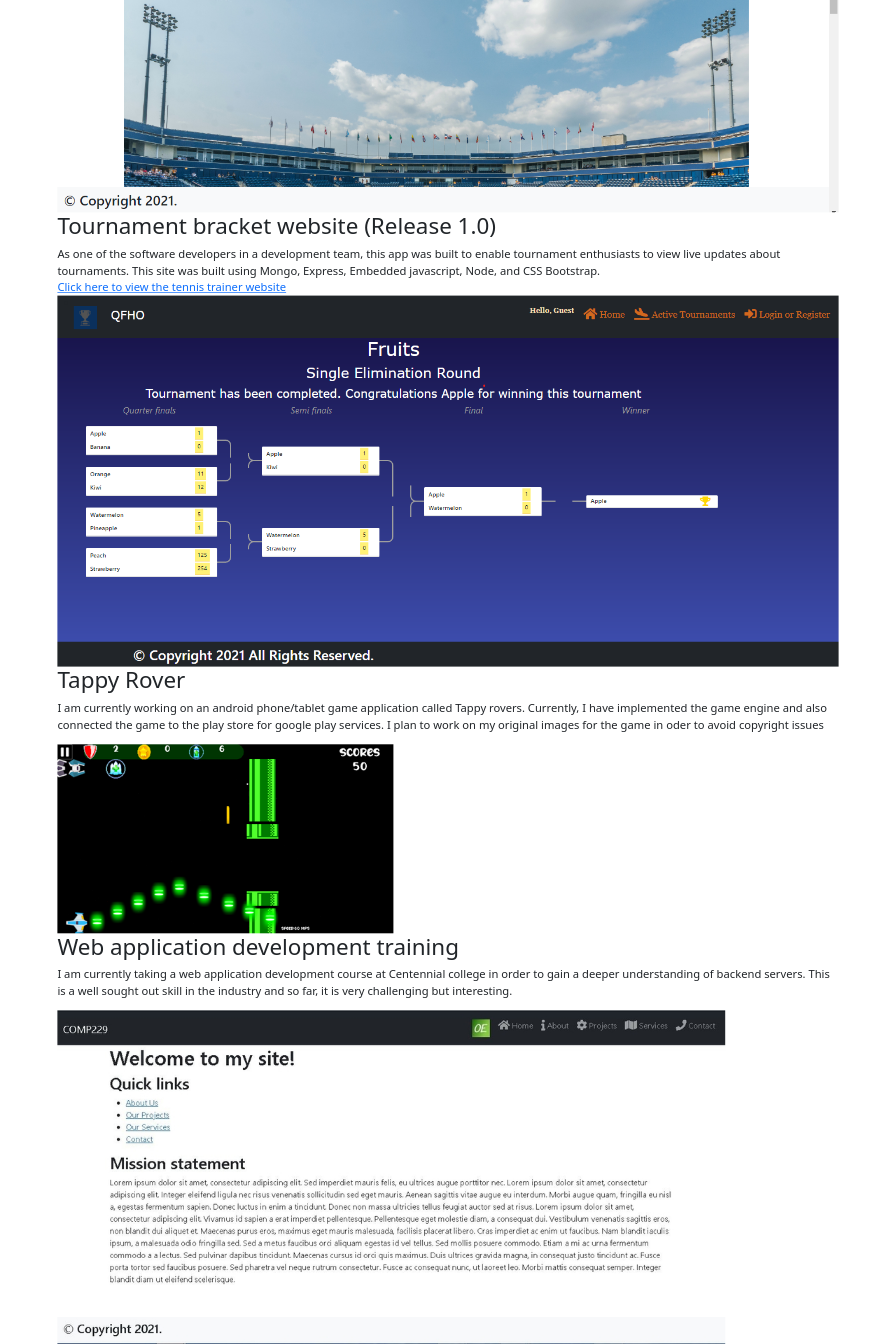
Repository: ofovweewere/Career-Portfolio
Page: http://localhost/projects
An editor plug-in stored every save of this project. The page is shown before and after the next save, followed by the edit.
The browser window is 1280 px wide. The pictures show the part of the page from y = 1106 to 3026 px (the page is 3026 px tall before and 2439 px after), at 70% of full size.
The page is served by the project's Node server (index.js). Other server files are loaded and not shown.

Above is the page before, as saved 2022-04-14 02:35:46.

### Server/Views/index.ejs
<!--File name: index.ejs,
  Student's name: Ofovwe Ewere
  Student's id: 301188196
  Date: June 4, 2021
-->
<!DOCTYPE html>
<html lang="en">
<head>
  <meta charset="UTF-8">
  <meta http-equiv="X-UA-Compatible" content="IE=edge">
  <meta name="viewport" content="width=device-width, initial-scale=1.0">
  <title><%= title %></title>
  <!--CSS Section -->
  <link rel="stylesheet" href="/bootstrap/dist/css/bootstrap.min.css">
  <link rel="stylesheet" href="/@fortawesome/fontawesome-free/css/all.min.css">
  <link rel="stylesheet" href="/Content/app.css">
</head>
<body>
  <!--Navigation Section-->
  <header>
    <%- include('./components/header.ejs') %>
  </header>

  <!--Main content-->
  <main>
    <%- include('./content/' +page +'.ejs') %>
  </main>

  <!--Bottom Nav-->
  <footer>
    <%- include('./components/footer.ejs') %>
  </footer>

  <!--Javascript Section-->
  <script src="/jquery/dist/jquery.min.js"></script>
  <script src="/bootstrap/dist/js/bootstrap.min.js"></script>
  <script src="/Scripts/app.js"></script>
</body>
</html>

### Server/Views/components/header.ejs
<!--File name: header.ejs,
  Student's name: Ofovwe Ewere
  Student's id: 301188196
  Date: June 4, 2021
-->
<nav class="navbar navbar-expand-lg navbar-dark bg-dark">
    <div class="container-fluid">
      <a class="navbar-brand" href="#">COMP229</a>
      <button class="navbar-toggler" type="button" data-bs-toggle="collapse" data-bs-target="#navbarSupportedContent" aria-controls="navbarSupportedContent" aria-expanded="false" aria-label="Toggle navigation">
        <span class="navbar-toggler-icon"></span>
      </button>
      <div class="collapse navbar-collapse" id="navbarSupportedContent">
        <ul class="navbar-nav ms-auto mb-2 mb-lg-0">
          <li class="nav-item">
            <a class="nav-link"  href="#"><img src="Assets/images/logo.png"></a>
          </li>

          <li class="nav-item">
            <a class="nav-link" href="/home"><i class="fas fa-home fa-lg"></i> Home</a>
          </li>

          <li class="nav-item">
            <a class="nav-link" href="/about"><i class="fas fa-info fa-lg"></i> About</a>
          </li>

          <li class="nav-item">
            <a class="nav-link" href="/projects"><i class="fas fa-cog fa-lg"></i> Projects</a>
          </li>

          <li class="nav-item">
            <a class="nav-link" href="/services"><i class="fas fa-map fa-lg"></i> Services</a>
          </li>

          <li class="nav-item">
            <a class="nav-link" href="/contact"><i class="fas fa-phone fa-lg"></i> Contact</a>
          </li>


        </ul>

      </div>
    </div>
  </nav>

### Server/Views/content/projects.ejs
<!--File name: projects.ejs,
  Student's name: Ofovwe Ewere
  Student's id: 301188196
  Date: June 4, 2021
-->
<div class="container">
    <h1>My Projects</h1>
    <h2>Demo chat app (MEAN APPLICATION)</h2>
    <p  style="margin-bottom:0">As a personal project, I implemented this demo chat application using Mongo, Express, Angular, Node, Sockets,Typescript, CSS Bootstrap and Redis.
    </p>
    <a href="" style="margin-top:0">Click here to view the demo chat app</a>
    <div><img img src="Assets/images/chatApp.png" style="width:100%;"></div>

    <h2>Lawn tennis trainer app (Release 1.0)</h2>
    <p  style="margin-bottom:0">As one of the software developers in a development team, this app was built to enable tennis trainer seekers to find tennis trainers.
      The team has only completed Release 1, and hope to add more features to the website. This website was built with Nodejs, Express, Mongo, Embedded javascript, CSS Bootstrap, and Ajax
    </p>
    <a href="" style="margin-top:0">Click here to view the tennis trainer website</a>
    <div><img img src="Assets/images/tennisTrainer.png" style="width:100%;"></div>

     <h2>Tournament bracket website (Release 1.0)</h2>
    <p  style="margin-bottom:0">As one of the software developers in a development team, this app was built to enable tournament enthusiasts to view
      live updates about tournaments. This site was built using Mongo, Express, Embedded javascript, Node, and CSS Bootstrap.
    </p>
    <a href="" style="margin-top:0">Click here to view the tennis trainer website</a>
    <div><img img src="Assets/images/tournamentBracket.png" style="width:100%;"></div>

    <h2>Tappy Rover</h2>
    <p>I am currently working on an android phone/tablet game application called Tappy rovers. Currently, I have implemented the game engine and also connected the game to the play store for google play services. I plan to work on my original images for the game in oder to avoid copyright issues</p>
    <div><img img src="Assets/images/tappyrover.png"></div>



    <h2>Web application development training</h2>
    <p>I am currently taking a web application development course at Centennial college in order to gain a deeper understanding of backend servers. This is a well sought out skill in the industry and so far, it is very challenging but interesting. </p>
    <div><img img src="Assets/images/webapp.jpg"></div>
  </div>

### Server/Views/components/footer.ejs
<!--File name: footer.ejs,
  Student's name: Ofovwe Ewere
  Student's id: 301188196
  Date: June 4, 2021
-->
  <nav class="navbar fixed-bottom navbar-light bg-light">
    <div class="container-fluid">
      <h4>&copy; Copyright 2021.</h4>
    </div>
  </nav>

### index.js
#!/usr/bin/env node

/**
 * Module dependencies.
 *  File name: index.js,
    Student's name: Ofovwe Ewere
    Student's id: 301188196
    Date: June 4, 2021

 */
"use strict";
var __importDefault = (this && this.__importDefault) || function (mod) {
    return (mod && mod.__esModule) ? mod : { "default": mod };
};
Object.defineProperty(exports, "__esModule", { value: true });
const app_1 = __importDefault(require("./Server/Config/app"));
const debug_1 = __importDefault(require("debug"));
debug_1.default('week4:server');
const http_1 = __importDefault(require("http"));
let port = normalizePort(process.env.PORT || '3000');
app_1.default.set('port', port);
let server = http_1.default.createServer(app_1.default);
server.listen(port);
server.on('error', onError);
server.on('listening', onListening);
function normalizePort(val) {
    let port = parseInt(val, 10);
    if (isNaN(port)) {
        return val;
    }
    if (port >= 0) {
        return port;
    }
    return false;
}
function onError(error) {
    if (error.syscall !== 'listen') {
        throw error;
    }
    var bind = typeof port === 'string'
        ? 'Pipe ' + port
        : 'Port ' + port;
    switch (error.code) {
        case 'EACCES':
            console.error(bind + ' requires elevated privileges');
            process.exit(1);
            break;
        case 'EADDRINUSE':
            console.error(bind + ' is already in use');
            process.exit(1);
            break;
        default:
            throw error;
    }
}
function onListening() {
    let addr = server.address();
    let bind = typeof addr === 'string'
        ? 'pipe ' + addr
        : 'port ' + addr.port;
    debug_1.default('Listening on ' + bind);
}
//# sourceMappingURL=index.js.map

### Server/Routes/index.js
/**
 * Module dependencies.
 *  File name: index.js,
    Student's name: Ofovwe Ewere
    Student's id: 301188196
    Date: June 4, 2021

 */
"use strict";
var __importDefault = (this && this.__importDefault) || function (mod) {
    return (mod && mod.__esModule) ? mod : { "default": mod };
};
Object.defineProperty(exports, "__esModule", { value: true });
const express_1 = __importDefault(require("express"));
const router = express_1.default.Router();
exports.default = router;
router.get('/', function (req, res, next) {
    res.render('index', { title: 'Home', page: 'home' });
});
router.get('/home', function (req, res, next) {
    res.render('index', { title: 'Home', page: 'home' });
});
router.get('/about', function (req, res, next) {
    res.render('index', { title: 'About Me', page: 'about' });
});
router.get('/projects', function (req, res, next) {
    res.render('index', { title: 'My Projects', page: 'projects' });
});
router.get('/services', function (req, res, next) {
    res.render('index', { title: 'My Services', page: 'services' });
});
router.get('/contact', function (req, res, next) {
    res.render('index', { title: 'Contact Me', page: 'contact' });
});
//# sourceMappingURL=index.js.map

### Client/Content/app.css
/* your custom css goes here*/

### Client/Scripts/app.js
/**
 * Module dependencies.
 *  File name: app.js,
    Student's name: Ofovwe Ewere
    Student's id: 301188196
    Date: June 4, 2021

 */
"use strict";
(function () {
    function Start() {
        console.log("app started");
    }
    window.addEventListener("load", Start);
})();
//# sourceMappingURL=app.js.map

After the next save:
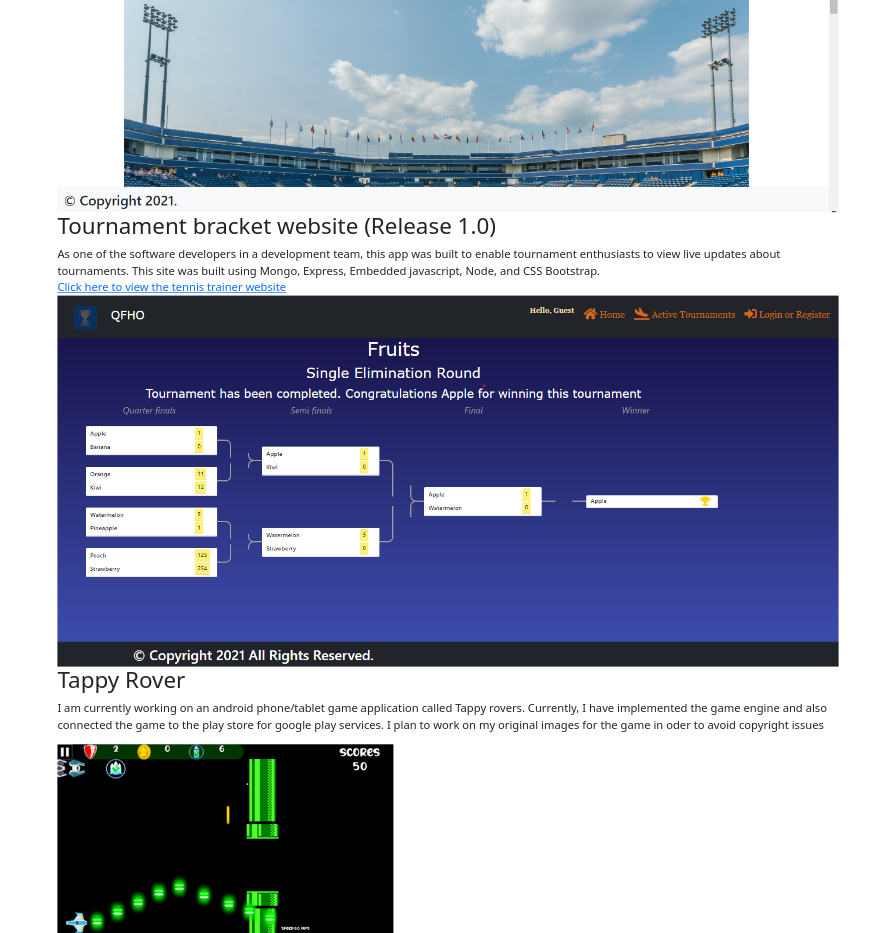
Saved 25 s later.
--- a/Server/Views/content/projects.ejs
+++ b/Server/Views/content/projects.ejs
@@ -30,8 +30,4 @@
     <div><img img src="Assets/images/tappyrover.png"></div>
 
 
-
-    <h2>Web application development training</h2>
-    <p>I am currently taking a web application development course at Centennial college in order to gain a deeper understanding of backend servers. This is a well sought out skill in the industry and so far, it is very challenging but interesting. </p>
-    <div><img img src="Assets/images/webapp.jpg"></div>
   </div>
